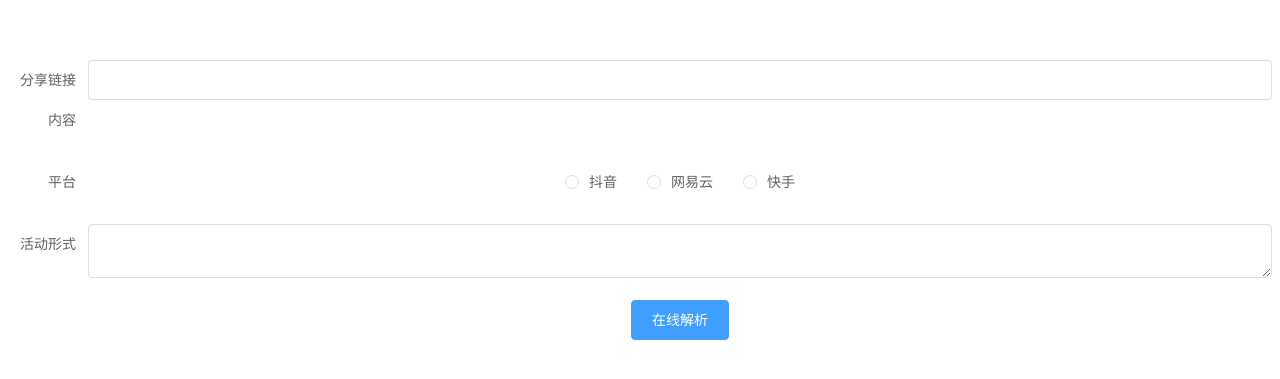
Repository: lyln/freepd
Page: / (app in frontend/freepd/)
An editor plug-in stored every save of this project. The page is shown before and after the next save, followed by the edit.
The browser window is 1280 px wide. The pictures show the whole page.
The project was rebuilt for these pictures with package versions that can differ from the ones it lists, and the page was loaded fresh each time.

Above is the page before, as saved 2022-05-22 16:41:04.

### frontend/freepd/index.html
<!DOCTYPE html>
<html>
  <head>
    <meta charset="utf-8">
    <meta name="viewport" content="width=device-width,initial-scale=1.0">
    <title>freepd</title>
  </head>
  <body>
    <div id="app"></div>
    <!-- built files will be auto injected -->
  </body>
</html>

### frontend/freepd/src/main.js
// The Vue build version to load with the `import` command
// (runtime-only or standalone) has been set in webpack.base.conf with an alias.
import Vue from 'vue'
import App from './App'
import router from './router'
import ElementUI from 'element-ui';
import 'element-ui/lib/theme-chalk/index.css';

Vue.config.productionTip = false
Vue.use(ElementUI)

/* eslint-disable no-new */
new Vue({
  el: '#app',
  router,
  components: { App },
  template: '<App/>'
})

### frontend/freepd/src/App.vue
<template>
	<div id="app">
		<router-view />
	</div>
</template>

<script>
export default {
	name: 'App',
}
</script>

<style>
#app {
	font-family: 'Avenir', Helvetica, Arial, sans-serif;
	-webkit-font-smoothing: antialiased;
	-moz-osx-font-smoothing: grayscale;
	text-align: center;
	color: #2c3e50;
	margin-top: 60px;
}
</style>

### frontend/freepd/src/components/HelloWorld.vue
<template>
	<el-row>
		<el-col :span="24">
			<div class="grid-content bg-purple-dark"></div>

			<el-form ref="form" :model="form" label-width="80px">
				<el-form-item label="分享链接内容">
					<el-input v-model="form.url"></el-input>
				</el-form-item>
				<el-form-item label="平台">
					<el-radio-group v-model="form.type">
						<el-radio label="抖音"></el-radio>
						<el-radio label="网易云"></el-radio>
						<el-radio label="快手"></el-radio>
					</el-radio-group>
				</el-form-item>
				<el-form-item label="活动形式">
					<el-input type="textarea" v-model="form.desc"></el-input>
				</el-form-item>
				<el-form-item>
					<el-button type="primary" @click="onSubmit">在线解析</el-button>
				</el-form-item>
			</el-form>

		</el-col>
	</el-row>

</template>
<script>
export default {
	name: 'HelloWorld',
	data() {
		return {
			msg: 'free parse download',
			form: {
				url: '',
				type: [],
			},
		}
	},
	methods: {
		onSubmit() {
			console.log('submit!')
		},
	},
}
</script>

<!-- Add "scoped" attribute to limit CSS to this component only -->
<style scoped>
h1,
h2 {
	font-weight: normal;
}
ul {
	list-style-type: none;
	padding: 0;
}
li {
	display: inline-block;
	margin: 0 10px;
}
a {
	color: #42b983;
}
</style>

Loaded but not shown: frontend/freepd/src/router/index.js (common file)

After the next save:
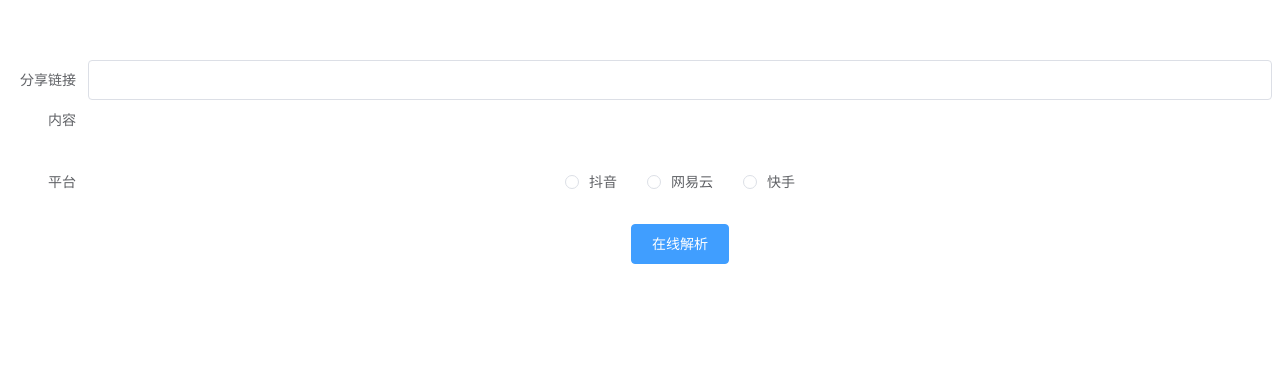
Saved 46 s later.
--- a/frontend/freepd/src/components/HelloWorld.vue
+++ b/frontend/freepd/src/components/HelloWorld.vue
@@ -13,9 +13,6 @@
 						<el-radio label="网易云"></el-radio>
 						<el-radio label="快手"></el-radio>
 					</el-radio-group>
-				</el-form-item>
-				<el-form-item label="活动形式">
-					<el-input type="textarea" v-model="form.desc"></el-input>
 				</el-form-item>
 				<el-form-item>
 					<el-button type="primary" @click="onSubmit">在线解析</el-button>
